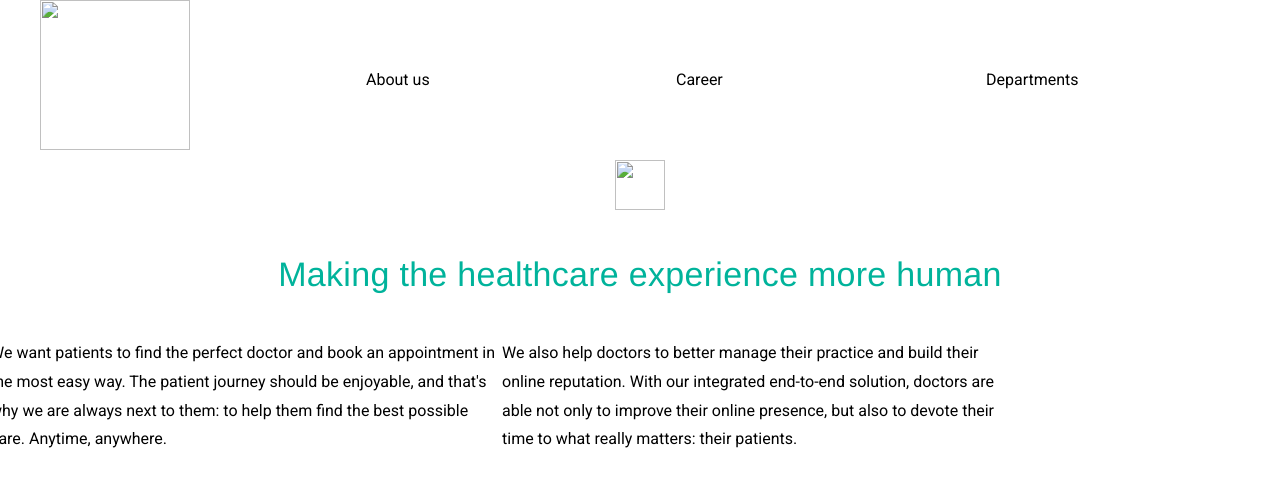
Repository: Hassanine-jaouadi/docplanner
Page: doc-panner.html
These files come from the project's save history. The page is drawn as it stood at one moment and after the next save; the edit follows.
The browser window is 1280 px wide. The pictures show the whole page.
Some web libraries are served in a nearby version.

Above is the page before, as saved 2020-01-17 10:14:07.

### doc-panner.html
<!DOCTYPE html>
<html lang="en">
<!--  the head -->

<head>
    <title> Docplanner Group </title>
    <meta charset="UTF-8">
    <meta name="viewport" content="width=device-width, initial-scale=1.0">
    <link rel="stylesheet" href="style.css">
    <link rel="icon" href="file:///Users/hjaouadi/Documents/Wistia/Doc-planner/it.docplanner-w130.png" type="image/gif"
        sizes="16x16">

    <script src="https://kit.fontawesome.com/7e294a499a.js" crossorigin="anonymous"></script>
    <link href="https://fonts.googleapis.com/css?family=Roboto&display=swap" rel="stylesheet">

</head>

<!--  the body -->

<body>
    <nav class=" flex-container">
        <ul class="flex-container">
            <li> <img src="file:///Users/hjaouadi/Documents/Wistia/Doc-planner/logo-default-group-en.svg"
                    class="docplanner-nav-logo" width="150" height="150" /></li>
            <li> <a href="https://www.docplanner.com/about-us" class="flex-item"> About us</a> </li>
            <li> <a href="https://www.docplanner.com/career" class="flex-item">Career</a> </li>
            <li> <a href="https://www.docplanner.com/departments" class="flex-item">Departments</a> </li>
        </ul>
    </nav>

    <div class="logo-under-nav"><img src="file:///Users/hjaouadi/Documents/Wistia/Doc-planner/it.docplanner-w130.png"
            width="50" height="50" />
    </div>

    <h1 class="main-h1"> Making the healthcare experience more human </h1>

    <!--  first two paragraphs -->
    <div class="first-two-paragraphs">
        <p class="paragraph-1">
            We want patients to find the perfect doctor and book an appointment in the most easy way. The patient
            journey should be enjoyable, and that's why we are always next to them: to help them find the best possible
            care. Anytime, anywhere.
        </p>

        <p class="paragraph-1">
            We also help doctors to better manage their practice and build their online reputation. With our integrated
            end-to-end solution, doctors are able not only to improve their online presence, but also to devote their
            time to what really matters: their patients.
        </p>

    </div>
</body>

</html>

### style.css
html,body
{
    width: 100%;
    height: 100%;
    margin: 0px;
    padding: 0px;
    overflow-x: hidden;
}

* {
    box-sizing: border-box;
    margin: 0;
    font-family: 'Roboto', sans-serif;
    background-color: ffff;
    line-height: 1.8 ;

}

/* nav bar flex container */
.flex-container{
    display: flex;
    justify-content: space-between;
    align-items: center;
    justify-content: end;
    justify-content: right;
    width: 100%;
}

.flex-item {
    flex: 1;
    justify-content: flex-end;
   justify-items: flex-end;
}


.flex-container  a {
    color: black;
    padding: 12px 16px;
    text-decoration: none ;
    display: block;

  }

  li {
      list-style: none;
      flex: 3;
 }

  .flex-container > :nth-child(1) {
    display: ri;
  }

 /* image under nav */

 .logo-under-nav {
     display: flex;
     justify-content: center;
 }

 div.logo-under-nav{
     width:100%;
 }

 /* the main h1 */
 h1  {
    display: flex;
    align-items: center;
    justify-content: center;
    margin: 1em 0;
    font-family: Helvetica Neue,Helvetica,Arial,sans-serif;
    font-weight: 300;
    letter-spacing: .3px;
    font-size: 2.125rem;
    color: #00b39b;
 }

 /* first two paragraphs  */
.first-two-paragraphs{
    display: flex;
    justify-content: center;
    width:80%;

    margin-top: 0px;
    margin-right: -10px;
    margin-bottom: 0px;
    margin-left: -10px;

}

.paragraph-1{
    width: 50%;
}
.paragraph-2{
    width: 50%;
}

After the next save:
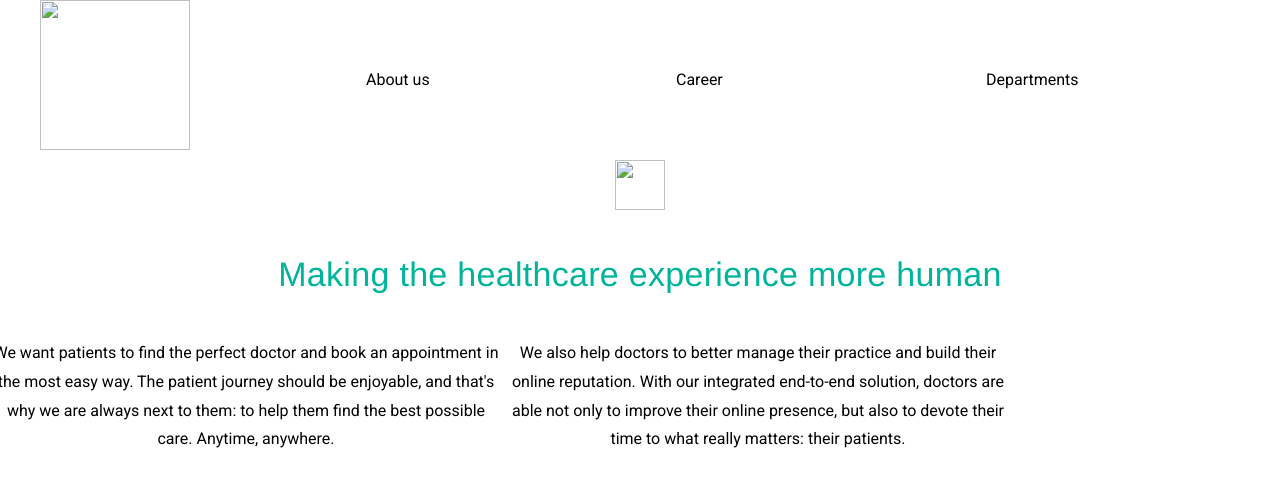
Saved 15 s later.
--- a/style.css
+++ b/style.css
@@ -89,7 +89,9 @@
 
 .paragraph-1{
     width: 50%;
+    text-align: center;
 }
 .paragraph-2{
     width: 50%;
+    text-align: center;
 }

After the save that followed:
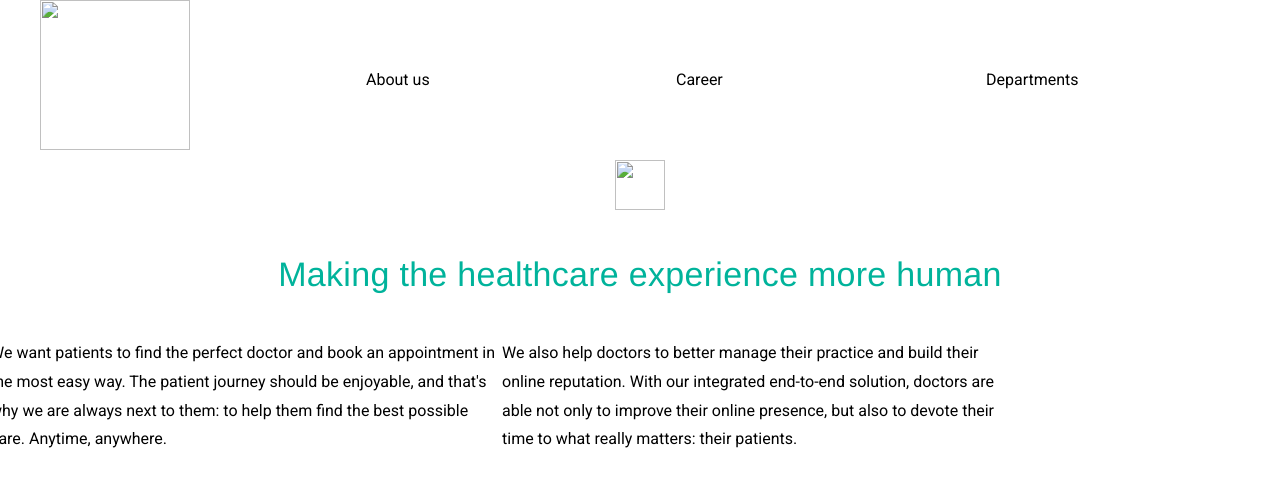
Saved 12 s later.
--- a/style.css
+++ b/style.css
@@ -89,9 +89,9 @@
 
 .paragraph-1{
     width: 50%;
-    text-align: center;
+    text-align: left;
 }
 .paragraph-2{
     width: 50%;
-    text-align: center;
+    text-align: left;
 }
